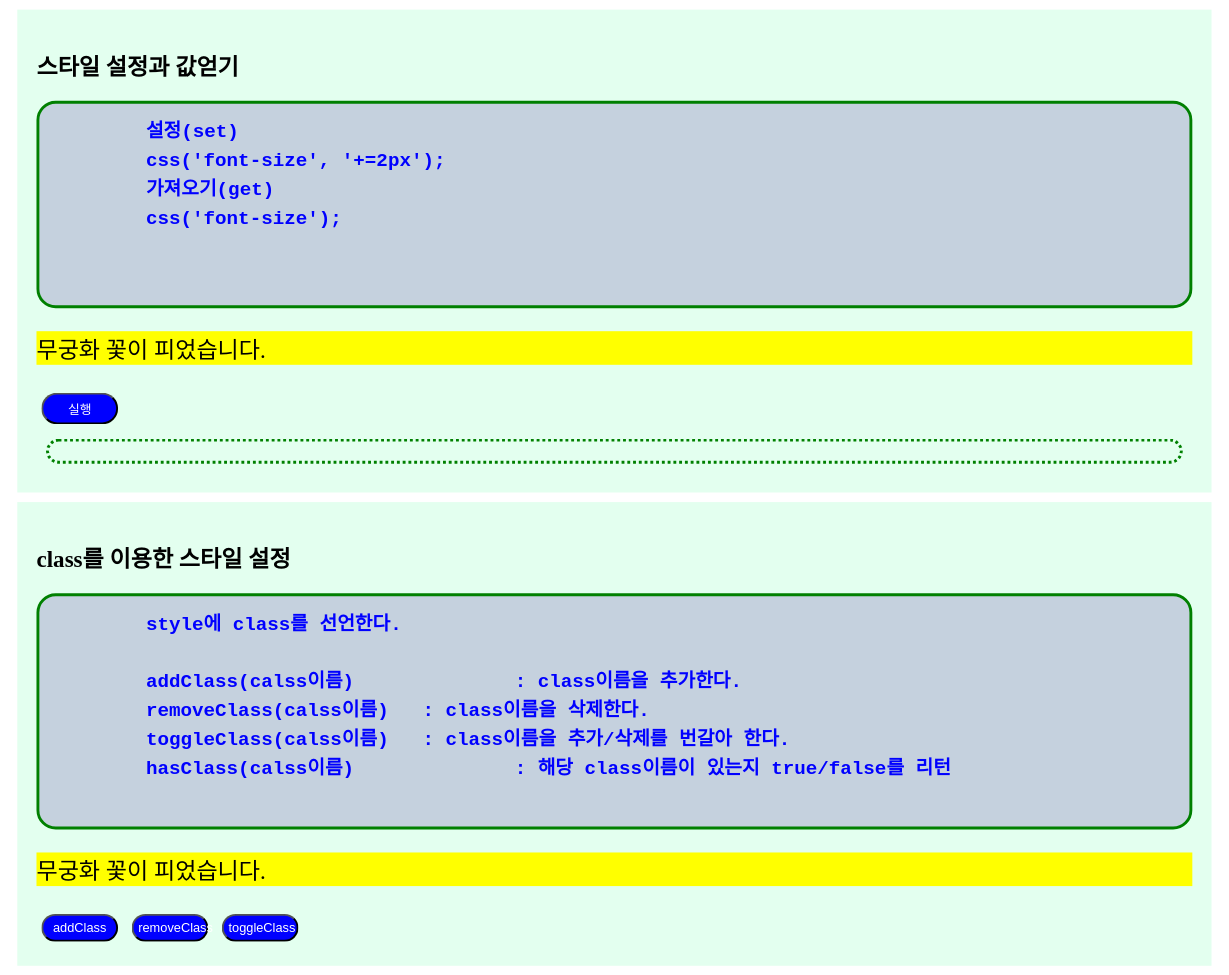
Repository: ypyp0205/jquery
Page: jqpro/WebContent/0214/css_method.html
These files come from the project's save history. The page is drawn as it stood at one moment and after the next save; the edit follows.
The browser window is 1280 px wide. The pictures show the whole page, at 96% of full size.
After loading, the first visible `#btn4` was clicked once.

Above is the page before, as saved 2020-02-14 03:30:49.

### jqpro/WebContent/0214/css_method.html
<!DOCTYPE html>
<html>
<head>
<meta charset="UTF-8">
<title>Insert title here</title>
<link rel="stylesheet" href="../CSS/mystyle.css">
<script src="../js/jquery-3.4.1.min.js" type="text/javascript"></script>

<script type="text/javascript">
	$(function(){
		$('.box1 p').click(function(){
			$(this).css('font-size', '+=2px');
			// 랜덤으로 배경색을 지정한다.
			r = Math.floor(Math.random()*256);
			g = Math.floor(Math.random()*256);
			b = Math.floor(Math.random()*256);

			res += $('p').css('background', 'rgb(' + r + ',' + g + ',' + b + ')');




		})
		$('#btn1').click(function(){
			res = "font-size : " + $('p').css('font-size');

			// 현재의 배경색을 16진수로 출력
			res += "background : " + $('p').css('backgroundColor')

			$('#result1').html(res);
		})

		$('#btn2').click(function(){
			// $('.box p').css('background', 'yellow');
			$('.box2 p').addClass('pbackcolor');

		})

		$('#btn3').click(function(){
			// $('.box p').css('background', 'white');
			$('.box2 p').removeClass('pbackcolor');

		})
		$('#btn4').click(function(){

				$('.box p').toggleClass('pbackcolor');


		})


	})
</script>
<style>
p {
	font-size: 1.5em;
}
.pbackcolor{
	background: yellow;
}
</style>
</head>
<body>

	<div class="box box1">

		<h2>스타일 설정과 값얻기</h2>

		<pre>
	설정(set)
	css('font-size', '+=2px');
	가져오기(get)
	css('font-size');

		</pre>
		<p>무궁화 꽃이 피었습니다.</p>

		<button type="button" id="btn1">실행</button>

		<div id="result1"></div>

	</div>


	<div class="box box2">

		<h2>class를 이용한 스타일 설정</h2>

		<pre>
	style에 class를 선언한다.

	addClass(calss이름)		: class이름을 추가한다.
	removeClass(calss이름)	: class이름을 삭제한다.
	toggleClass(calss이름)	: class이름을 추가/삭제를 번갈아 한다.
	hasClass(calss이름)		: 해당 class이름이 있는지 true/false를 리턴
		</pre>
		<p>무궁화 꽃이 피었습니다.</p>

		<button type="button" id="btn2">addClass</button>
		<button type="button" id="btn3">removeClass</button>
		<button type="button" id="btn4">toggleClass</button>



	</div>
</body>
</html>

### jqpro/WebContent/CSS/mystyle.css
@CHARSET "UTF-8";

pre {
	height: auto;
	background: #efffef;
	border: 3px solid green;
	font-size: 20px;
	padding: 10px;
	border-radius: 20px;
}

.box {
	background: #e3ffef;
	margin: 10px;
	height: auto;
	padding: 20px;
}

.box div {
	border: 3px dotted green;
	height: auto;
	margin: 10px;
	padding: 10px;
	border-radius: 20px;
}

.box button {
	color: white;
	background: blue;
	padding: 5px;
	margin: 5px;
	width: 80px;
	border-radius: 40px;
}

.box pre {
	padding: 15px;
	color: blue;
	background: rgb(197, 209, 222);
	line-height: 1.5em;
	font-weight: bold;
	}

Loaded but not shown: jqpro/WebContent/js/jquery-3.4.1.min.js (library)

After the next save:
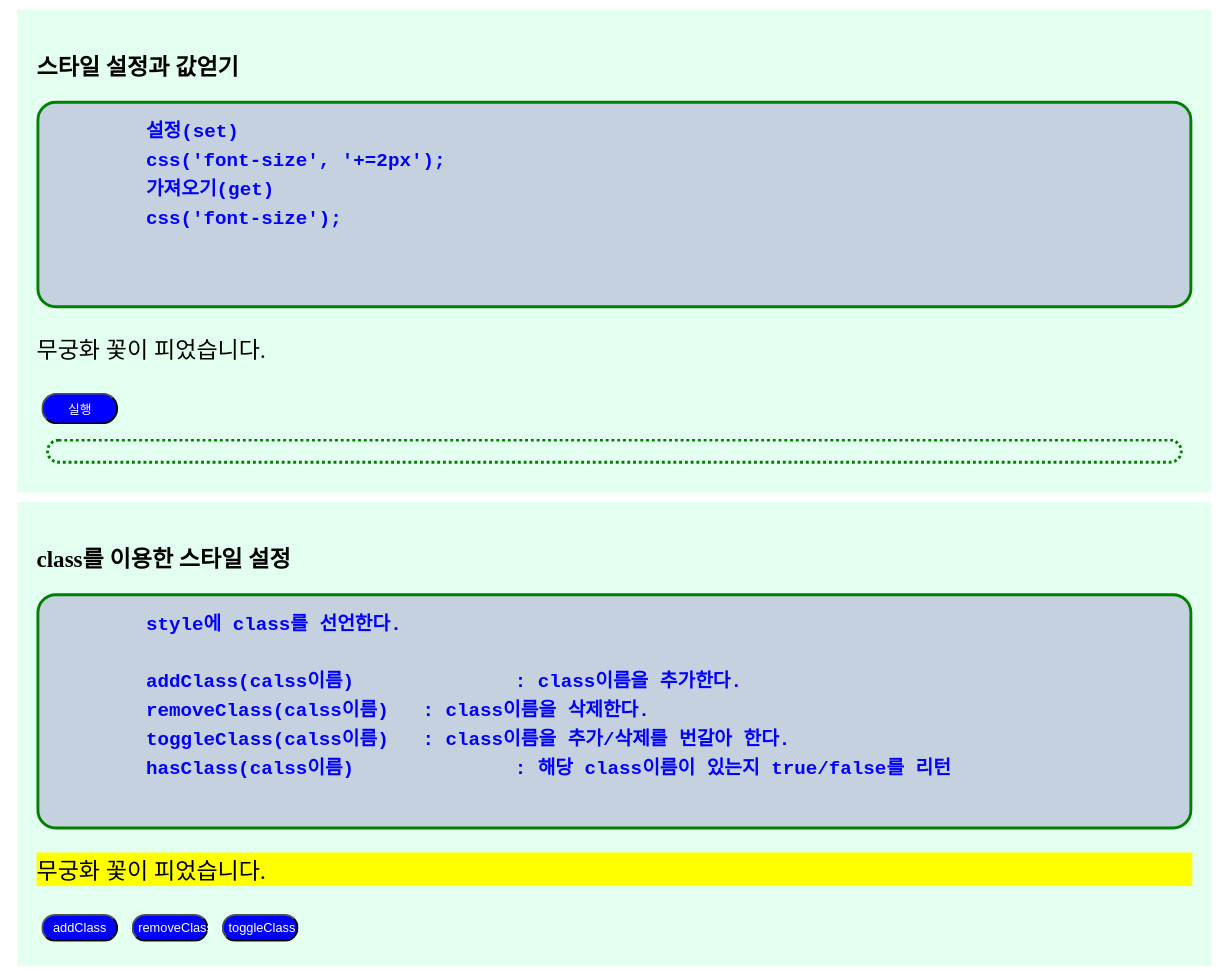
Saved 4 s later.
--- a/jqpro/WebContent/0214/css_method.html
+++ b/jqpro/WebContent/0214/css_method.html
@@ -43,7 +43,7 @@
 		})
 		$('#btn4').click(function(){
 
-				$('.box p').toggleClass('pbackcolor');
+				$('.box2 p').toggleClass('pbackcolor');
 
 
 		})
